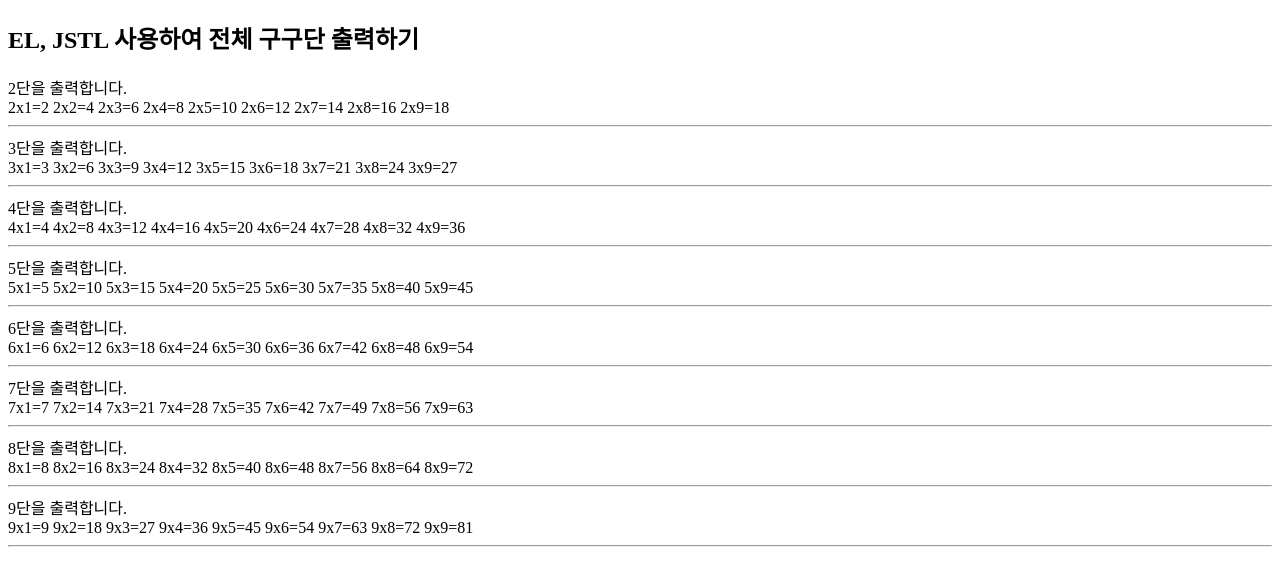
Repository: nobley3/EclipseIDE
Page: http://localhost/ELprj0908실습/quiz7
The author's editor kept a copy of each file at every save. The page is drawn from the files as they stood at one save, then again after the next save.
The browser window is 1280 px wide. The pictures show the whole page.
The page is served by Tomcat 9. Other server files are loaded and not shown.

Above is the page before, as saved 2023-09-08 06:36:47.

### ELprj0908실습/src/main/webapp/WEB-INF/views/quiz7.jsp
<%@ page language="java" contentType="text/html; charset=UTF-8"
    pageEncoding="UTF-8"%>
    <%@ taglib uri="http://java.sun.com/jsp/jstl/core" prefix="c" %>
<!DOCTYPE html>
<html>
<head>
<meta charset="UTF-8">
<title>Insert title here</title>
</head>
<body>
<h2>EL, JSTL 사용하여 전체 구구단 출력하기 </h2>


<c:forEach var="i" begin="2" end="9">
<c:out value="${i}단을 출력합니다."/><br/>
<c:forEach var="j" begin="1" end="9">
<c:out value="${i}x${j}=${i*j}"></c:out>
</c:forEach>
<hr/>
</c:forEach>

</body>
</html>

### ELprj0908실습/src/main/java/practice/Q_07.java
package practice;
import java.io.IOException;

import javax.servlet.ServletException;
import javax.servlet.annotation.WebServlet;
import javax.servlet.http.HttpServlet;
import javax.servlet.http.HttpServletRequest;
import javax.servlet.http.HttpServletResponse;
@WebServlet("/quiz7")
public class Q_07 extends HttpServlet{
@Override
protected void doGet(HttpServletRequest req, HttpServletResponse resp) throws ServletException, IOException {



	req.getRequestDispatcher("WEB-INF/views/quiz7.jsp").forward(req, resp);
}

}

After the next save:
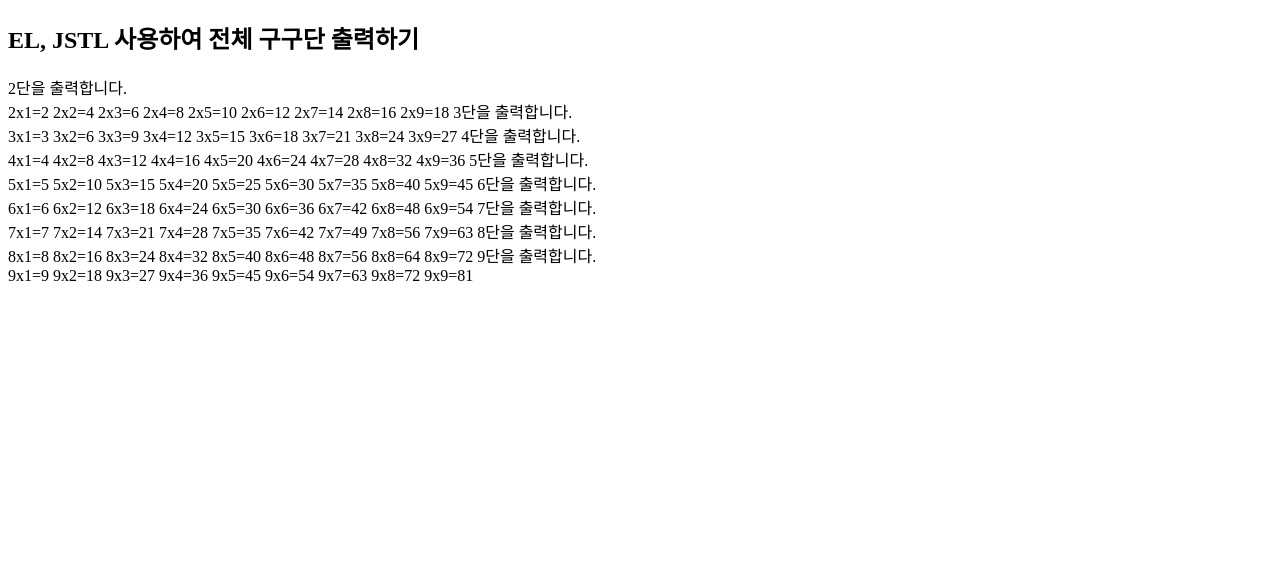
Saved 12 s later.
--- a/ELprj0908실습/src/main/webapp/WEB-INF/views/quiz7.jsp
+++ b/ELprj0908실습/src/main/webapp/WEB-INF/views/quiz7.jsp
@@ -16,7 +16,7 @@
 <c:forEach var="j" begin="1" end="9">
 <c:out value="${i}x${j}=${i*j}"></c:out>
 </c:forEach>
-<hr/>
+
 </c:forEach>
 
 </body>

After the save that followed:
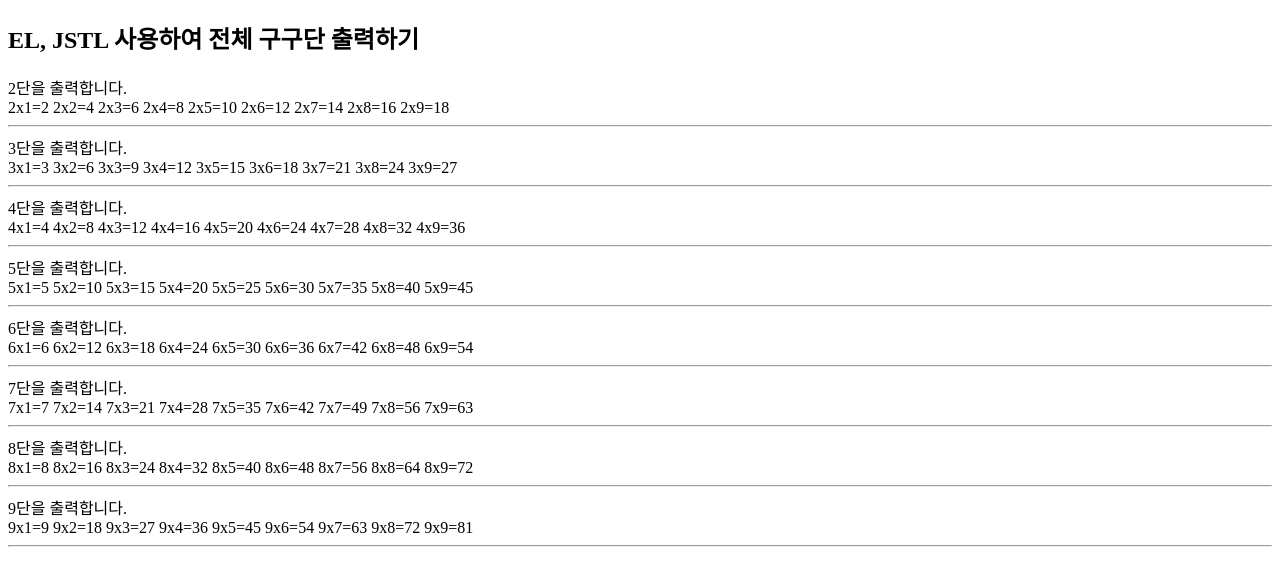
Saved 10 s later.
--- a/ELprj0908실습/src/main/webapp/WEB-INF/views/quiz7.jsp
+++ b/ELprj0908실습/src/main/webapp/WEB-INF/views/quiz7.jsp
@@ -16,7 +16,7 @@
 <c:forEach var="j" begin="1" end="9">
 <c:out value="${i}x${j}=${i*j}"></c:out>
 </c:forEach>
-
+<hr/>
 </c:forEach>
 
 </body>
